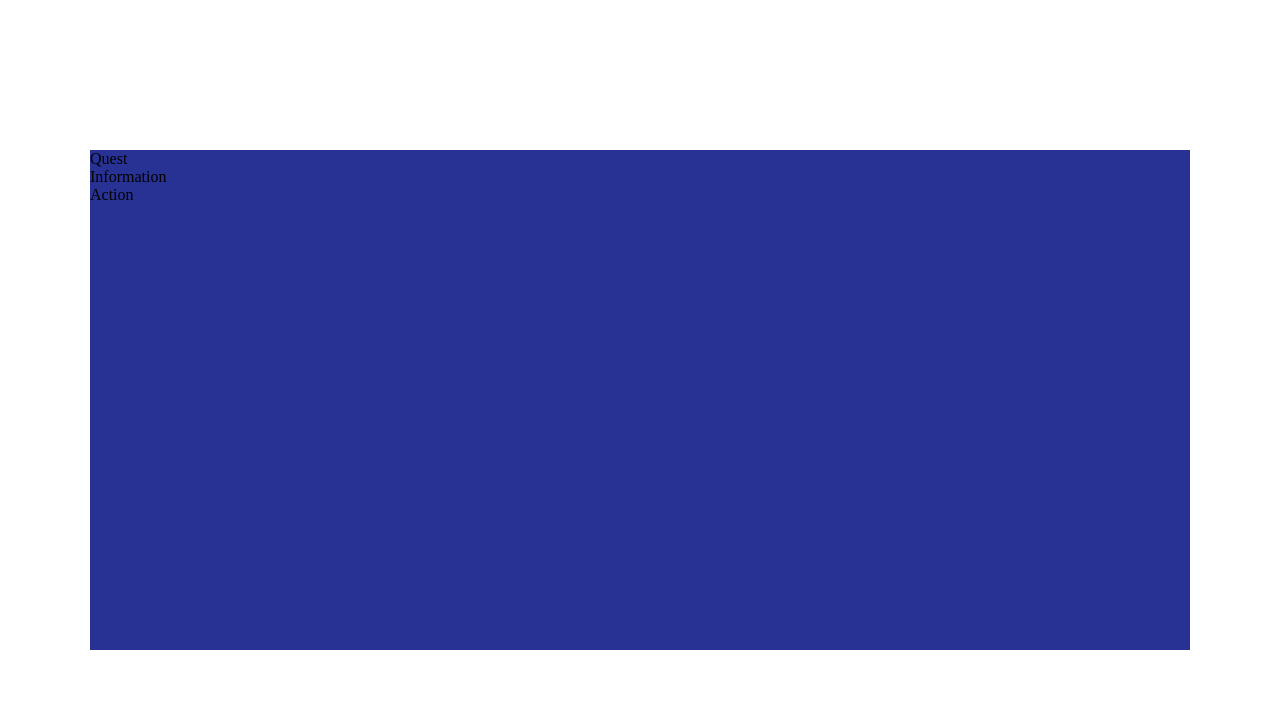
Repository: rahulnag7963/UBCHacks4.0
Page: /
These files come from the project's save history. The page is drawn as it stood at one moment and after the next save; the edit follows.
The browser window is 1280 px wide. The pictures show the whole page.
The project was rebuilt for these pictures with package versions that can differ from the ones it lists, and the page was loaded fresh each time.

Above is the page before, as saved 2022-11-26 02:30:43.

### public/index.html
<!DOCTYPE html>
<html lang="en">
  <head>
    <meta charset="utf-8" />
    <link rel="icon" href="%PUBLIC_URL%/favicon.ico" />
    <meta name="viewport" content="width=device-width, initial-scale=1" />
    <meta name="theme-color" content="#000000" />
    <meta
      name="description"
      content="Web site created using create-react-app"
    />
    <link rel="apple-touch-icon" href="%PUBLIC_URL%/logo192.png" />
    <link rel="manifest" href="%PUBLIC_URL%/manifest.json" />
    <title>BC Hacks 4.0 Game</title>
  </head>
  <body>
    <noscript>You need to enable JavaScript to run this app.</noscript>
    <div id="root"></div>
  </body>
</html>

### src/index.tsx
import React from 'react';
import ReactDOM from 'react-dom/client';
import './index.css';
import App from './app';

const root = ReactDOM.createRoot(
  document.getElementById('root') as HTMLElement
);

root.render(
  <React.StrictMode>
    <App />
  </React.StrictMode>
);

### src/app.tsx
import React from "react";
import "./app.css";
import Quest from "./Components/Quest";
import Information from "./Components/Information";
import Action from "./Components/Action";
function app() {
  return (
    <div className="app">
      <div className="Components">
        <Quest />
        <Information />
        <Action />
      </div>
    </div>
  );
}

export default app;

### src/app.css
.app {
    height: 500px;
    width: 1100px;
    background-color: rgb(39, 50, 148);
    margin-left: auto;
    margin-right: auto;
    margin-top: 150px;


}

.component {
    text-align: center;
    padding: 250px;
}

### src/Components/Quest.tsx
import React from 'react'

const Quest = () => {
  return (
    <div>Quest</div>
  )
}

export default Quest

### src/Components/Information.tsx
import React from 'react'

const Information = () => {
  return (
    <div>Information</div>
  )
}

export default Information

### src/Components/Action.tsx
import React from 'react'

const Action = () => {
  return (
    <div>Action</div>
  )
}

export default Action

Loaded but not shown: src/index.css (common file)

After the next save:
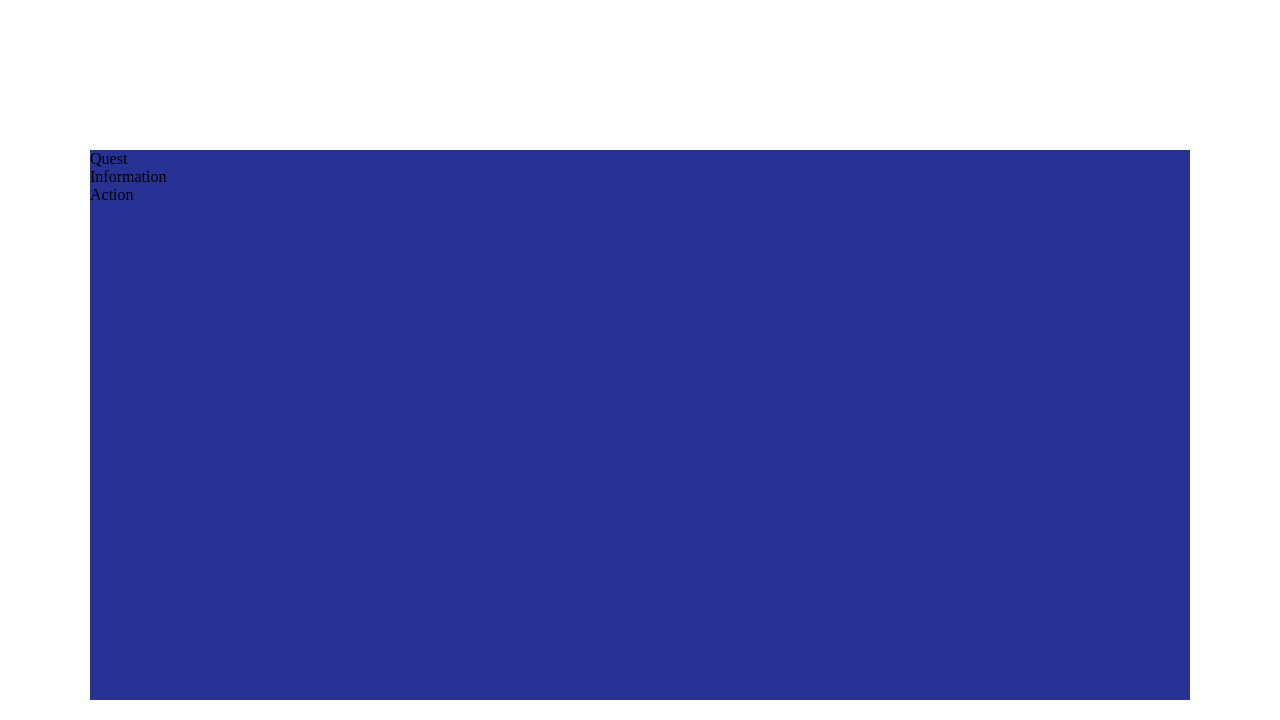
Saved 10 s later.
--- a/src/app.css
+++ b/src/app.css
@@ -1,5 +1,5 @@
 .app {
-    height: 500px;
+    height: 550px;
     width: 1100px;
     background-color: rgb(39, 50, 148);
     margin-left: auto;
